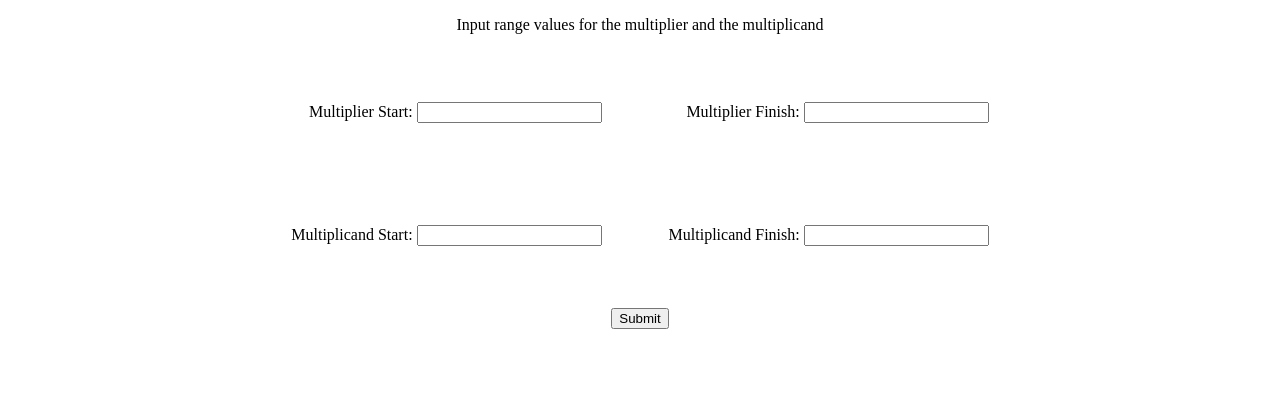
Repository: khrasna/HW4Part2
Page: index.html
An editor plug-in stored every save of this project. The page is shown before and after the next save, followed by the edit.
The browser window is 1280 px wide. The pictures show the whole page.
Some web libraries are served in a nearby version.

Above is the page before, as saved 2021-11-14 19:12:12.

After the next save:
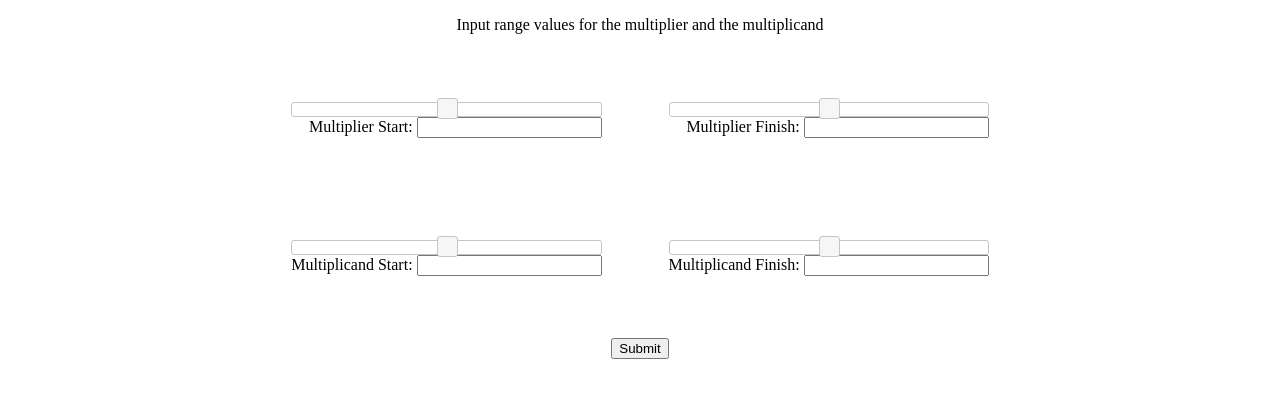
Saved 8 s later.
--- a/formvalidate.js
+++ b/formvalidate.js
@@ -1,18 +1,6 @@
 $(function () {
 
-    $("#slider-1").slider({
-        min: -50,
-        max: 50
-    });
-    $("#slider-2").slider({
-        min: -50,
-        max: 50
-    });
-    $("#slider-3").slider({
-        min: -50,
-        max: 50
-    });
-    $("#slider-4").slider({
+    $(".slider").slider({
         min: -50,
         max: 50
     });
